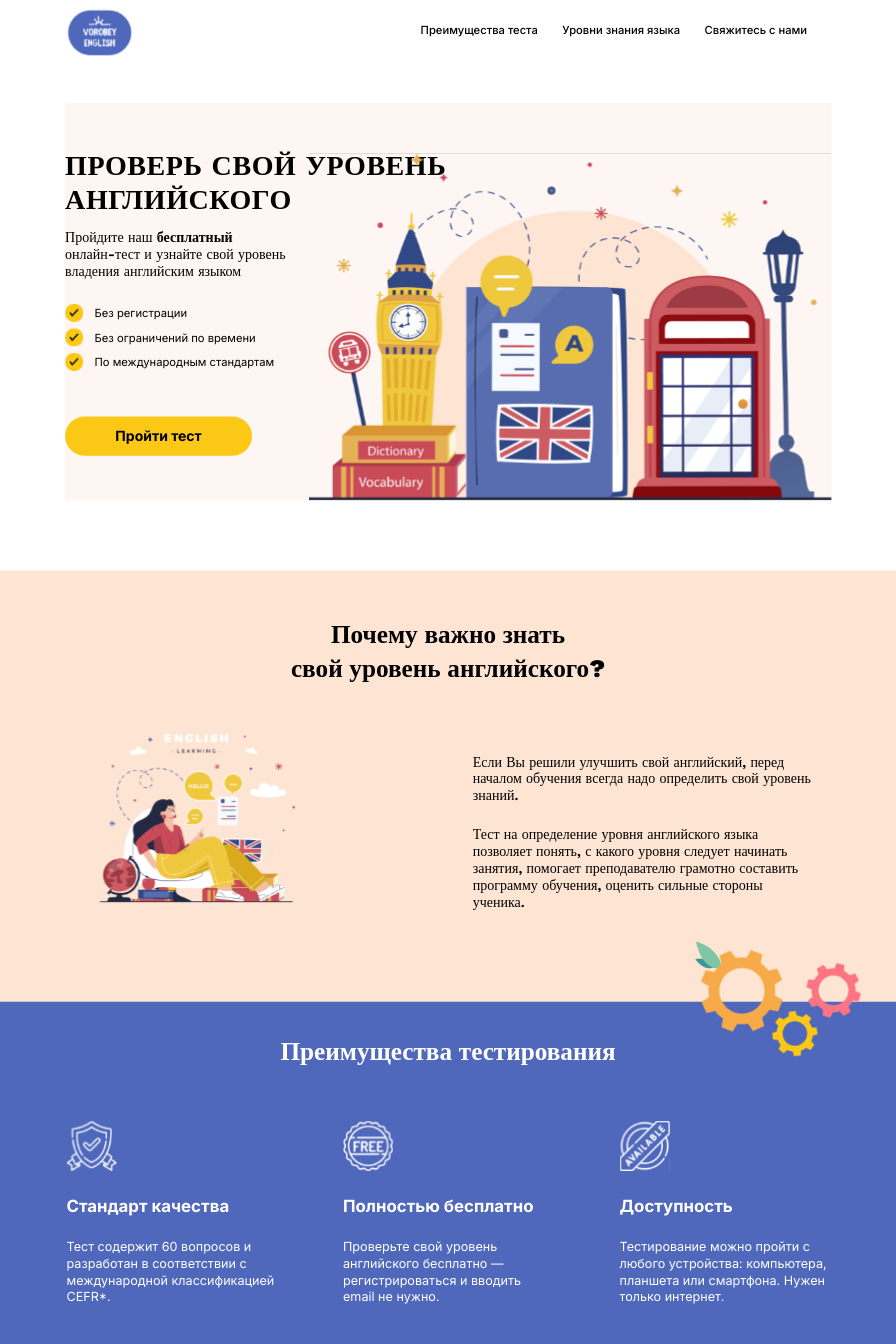
Repository: WladimirVA/PP-01-01_Dandelions
Page: Index.html
The author's editor kept a copy of each file at every save. The page is drawn from the files as they stood at one save, then again after the next save.
The browser window is 1280 px wide. The pictures show the part of the page from y = 0 to 1920 px (the page is 3924 px tall), at 70% of full size.
The pointer rests on the first visible `.button_home`.

Above is the page before, as saved 2023-01-30 17:32:38.

### Index.html
<!DOCTYPE html>
<html lang="ru">
<head>
    <meta charset="UTF-8">
    <meta http-equiv="X-UA-Compatible" content="IE=edge">
    <meta name="viewport" content="width=device-width, initial-scale=1.0">
    <link href="./static/css/style.css" rel="stylesheet" type="text/css">
    <link href="./static/css/fonts.css" rel="stylesheet" type="text/css">
    <link rel="icon" sizes="16x16" href="./static/img/Иконка _Лого_ (1_1).svg" type="image/x-icon">
    <title>Dandelions</title>
</head>
<body>
    <!-- <script src="./js/scrollButton.js"></script> -->
    <header class="header" di="HOME">
        <div class="section">
            <div class="section-header">
                <div class="logo">
                    <img src="./static/img/Иконка _Лого_ (1).svg">
                </div>
                <nav>
                    <ul class="header-nav">
                        <li><a class="link" href="#ADVAN_TEST">Преимущества теста</a></li>
                        <li><a class="link" href="#LANGUAGE_LEVELS">Уровни знания языка</a></li>
                        <li><a class="link" href="#FOOTER">Свяжитесь с нами</a></li>
                    </ul>
                </nav>
            </div>
        </div>
    </header>
    <main>
        <section class="HOME">
        <div class="section">
            <div class="content">
                <h1 class="title">
                    проверь свой уровень <br>английского
                </h1>
                <div class="section-home">

                    <div class="title-home">

                        <p class="home_p">
                            Пройдите наш <span  style="font-weight:900"> бесплатный <br></span> онлайн-тест и узнайте свой уровень <br>владения английским языком
                        </p>
                        <ul class="home_ul">
                            <li class="home_li"><img class="check" src="./static/img/Иконка _Галочка_ 3.svg">Без регистрации</li>
                            <li class="home_li"><img class="check" src="./static/img/Иконка _Галочка_ 3.svg">Без ограничений по времени</li>
                            <li class="home_li"><img class="check" src="./static/img/Иконка _Галочка_ 3.svg">По международным стандартам</li>
                        </ul>
                        <div class="buttonsHome">
                            <form action="./name.html">
                                <button class="button_home">Пройти тест</button>
                            </form>
                        </div>
                    </div>
                    <div class="image-home">
                        <img src="./static/img/иллюстр 6 (1).svg">
                    </div>
                </div>
            </div>

        </div>
        </section>
        <section class="WHY-TEST">
            <div class="section">
                <div class="">
                    <div class="section-home-1">
                        <h1 class="title_2">Почему важно знать<br>свой уровень английского?</h1>
                        <div class="section-home-2">
                            <div class="image-home-2">
                                <img src="./static/img/иллюстр 2 1.svg">
                            </div>
                            <div class="home_p home-text">
                                <p>Если Вы решили улучшить свой английский, перед началом обучения всегда надо определить свой уровень знаний.</p>
                                <p class="p-text">Тест на определение уровня английского языка позволяет понять, с какого уровня следует начинать занятия, помогает преподавателю грамотно составить программу обучения, оценить сильные стороны ученика.</p>
                            </div>
                        </div>
                    </div>
                </div>
            </div>
        </section>
        <section class="ADVAN_TEST" id="ADVAN_TEST">
            <div class="section">
                <div class="content">
                    <div class="content_img">
                        <img class="rot-sheet" src="./static/img/shestirenki/Vector (3).png">
                        <img class="rot-sheet-1" src="./static/img/shestirenki/Vector (4).png">
                        <img class="rot rot-img1" src="./static/img/shestirenki/Vector (5).svg">
                        <img class="rot1 rot-img2" src="./static/img/shestirenki/Vector (7).svg">
                        <img class="rot rot-img3" src="./static/img/shestirenki/Vector (6).svg">
                    </div>
                    <div class="text_test">
                        <h1 class="title_3">Преимущества тестирования</h1>
                    </div>
                    <div class="content-ADVAN_TEST">
                        <div class="quality test-info">
                            <img src="./static/img/Mask group 1.svg">
                            <h3 class="advan-test">Стандарт качества</h3>
                            <p class="advan-test-p">Тест содержит 60 вопросов и разработан в соответствии с международной классификацией CEFR*. </p>
                        </div>
                        <div class="free test-info">
                            <img src="./static/img/Mask group2 1.svg">
                            <h3 class="advan-test">Полностью бесплатно</h3>
                            <p class="advan-test-p">Проверьте свой уровень английского бесплатно — регистрироваться и вводить email не нужно.</p>
                        </div>
                        <div class="availability test-info">
                            <img src="./static/img/Mask group1 1.svg">
                            <h3 class="advan-test">Доступность</h3>
                            <p class="advan-test-p">Тестирование можно пройти с любого устройства: компьютера, планшета или смартфона. Нужен только интернет.</p>
                        </div>
                    </div>
                    <p class="advan-test-p advan-test-p-2">*Общеевропейские компетенции владения иностранным языком (CEFR) – признанный во всём мире стандарт для описания уровней владения иностранным языком. </p>
                </div>
            </div>
        </section>
        <section class="LANGUAGE_LEVELS" id="LANGUAGE_LEVELS">
            <div class="section">
                <div class="content">
                    <div class="text_test">
                        <h1 class="title_3">Уровни знания языка по Европейской системе</h1>
                        <img src="./static/img/иллюстр 1 1.svg">
                    </div>
                    <div class="container">
                        <div class="box-1 container-box">
                            <img class="cloud" src="./static/img/Vector 5.svg">
                            <h3>А1</h3>
                            <p class="container-box-p">Elementary</p>
                            <p class="container-box-p2">Элементарный, базовый уровень знания английского языка. Чтение и перевод со словарём. Словарный запас<span  style="font-weight:900"> менее 1500</span> слов.</p>
                            <img class="ball" src="./static/img/иллюстр 3 1.svg">
                        </div>
                        <div class="box-1 container-box">
                            <img class="cloud" src="./static/img/Vector 1 1.png">
                            <h3>А2</h3>
                            <p class="container-box-p">Pre-intermediate</p>
                            <p class="container-box-p2">Ниже среднего, начальный средний, слабый средний. Вы можете общаться на бытовые темы, описывать простыми словами аспекты своей жизни. Словарный запас<span  style="font-weight:900"> 1500-2000</span> слов.</p>
                        </div>
                        <div class="box-1 container-box">
                            <img class="cloud" src="./static/img/Vector 5.svg">
                            <h3>B1</h3>
                            <p class="container-box-p">Intermediate</p>
                            <p class="container-box-p2">Средний уровень владения английским языком, разговорный английский. Вы можете создавать простой связный текст на знакомые или представляющие личный интерес темы. Словарный запас<span  style="font-weight:900"> 2000-3000</span> слов.</p>
                        </div>
                        <div class="box-1 container-box">
                            <img class="cloud" src="./static/img/Vector 1 1.png">
                            <h3>B2</h3>
                            <p class="container-box-p">Upper Intermediate</p>
                            <p class="container-box-p2">Средне-продвинутый уровень английского. Вы владеете разговорным языком в различных ситуациях (от бытовых до профессиональных), можете без подготовки общаться с носителем языка. Словарный запас <span  style="font-weight:900">3000-4000</span> слов.</p>
                            <img class="ball-2" src="./static/img/иллюстр 5 1.svg">
                        </div>
                        <div class="box-1 container-box">
                            <img class="cloud" src="./static/img/Vector 5.svg">
                            <h3>C1</h3>
                            <p class="container-box-p">Advanced</p>
                            <p class="container-box-p2">Продвинутый уровень. Свободное владение. Вы понимаете разнообразные сложные развернутые тексты и можете выявить содержащиеся в них имплицитные значения, умеете без подготовки, бегло, не испытывая трудности в подборе слов, выражать свои мысли. Словарный запас <span  style="font-weight:900">4000-5000</span> слов.</p>
                            <img class="ball-3" src="./static/img/иллюстр 4 1.svg">
                        </div>
                        <div class="box-1 container-box">
                            <img class="cloud" src="./static/img/Vector 1 1.png">
                            <h3>C2</h3>
                            <p class="container-box-p">Proficiency</p>
                            <p class="container-box-p2">Профессиональный уровень. Вы с легкостью понимаете практически все, что слышите или читаете. Вы можете выражаться спонтанно, очень бегло и точно, различая тончайшие оттенки смысла даже в самых сложных ситуациях. Словарный запас <span  style="font-weight:900">более 4500</span> слов.</p>
                        </div>
                      </div>
                </div>
            </div>
        </section>
        <section class="TEST">
            <div class="section">
                <div class="content">
                    <div class="test-now">
                        <div class="test-now-text">
                            <h1 class="title_3">Протестируйте свой английский<br> прямо сейчас</h1>
                            <form href="" action="./name.html">
                                <button class="button test_button">Пройти тест</button>
                            </form>
                            <!-- <button class="button test_button" type="submit">Пройти тест</button> -->
                        </div>
                        <div class="test-now-img">
                            <img src="./static/img/Group 78 1 (1).svg">
                        </div>
                    </div>
                </div>
            </div>
        </section>
    </main>
    <footer class="FOOTER" id="FOOTER">
        <div class="section">
            <div class="section-footer">
                <div class="footer-logo">
                    <img src="./static/img/Vector (3).svg">
                    <p class="footer-logo-p">© Vorobey English 2023</p>
                    <p class="footer-logo-p2">Все права защищены</p>
                </div>
                <div class="footer-navi">
                    <nav>
                        <ul class="footer-nav">
                            <li><a class="footer-link" href="#ADVAN_TEST">Преимущества теста</a></li>
                            <li><a class="footer-link" href="#LANGUAGE_LEVELS">Уровни знания языка</a></li>
                            <li><a class="footer-link" href="#FOOTER">Свяжитесь с нами</a></li>
                        </ul>
                    </nav>
                    <p><a class="footer-link" href="mailto:englishtest@yandex.ru">englishtest@yandex.ru</a></p>
                </div>

            </div>
        </div>
    </footer>
</body>
<!-- <script>
const goTopBtn = document.querySelector(".button");

goTopBtn.addEventListener("click", goTop);

function goTop() {

  if (window.pageYOffset > 0) {
    window.scrollBy(0, -10); // второй аргумент - скорость
    setTimeout(goTop, 0); // входим в рекурсию
  }
}

$(function() {

});
</script> -->
</html>

### static/css/style.css
body {
    scroll-behavior: smooth;
    align-items: center;
    width: 100%;
    max-width: 1366px;
    margin: auto;
    font-family: 'Inter', 'Work Sans', "NunitoSans-Light", Arial, Helvetica, sans-serif;
}

.section {
    margin: 0 auto;
    max-width: 1366px;
}

* {
    margin: 0;
    padding: 0;
}
.header {
    margin-left: 59px;
    margin-right: 92px;
}
.section-header {
    justify-content: space-between;
    height: 83px;
    width: 100%;
    display: flex;
    align-items: center;
}
.logo {
    width: 84px;
    height: auto;
}
.header-nav {
    display: flex;
    list-style-type: none;
}
.link {
    text-decoration: none;
    /* cursor: pointer; */
    font-family: 'Inter';
    font-weight: 500;
    font-size: 16px;
    line-height: 19px;
    color: #000000;
}
.header-nav li {
    margin-right: 35px;
}

.HOME {
    margin-top: 64px;
    margin-left: 93px;
    margin-right: 92px;
    background-color: #FEF6F3;
}
.section-home {
    align-items: center;
    display: flex;
    justify-content: space-between;
    margin-top: -90px;
}


.title {
    font-family: 'Work Sans';
    font-style: normal;
    font-weight: 600;
    font-size: 40px;
    line-height: 48px;
    display: flex;
    align-items: center;
    letter-spacing: 0.02em;
    text-transform: uppercase;
}
.home_p {
    font-family: 'Work Sans';
    font-style: normal;
    font-weight: 400;
    font-size: 20px;
    line-height: 24px;
    margin-top: 43px;
}

.home_ul {
    margin-top: 35px;
}
.home_li {
    list-style-type: none;
    margin-top: 12px;
    font-family: 'Inter';
    font-style: normal;
    font-weight: 400;
    font-size: 16px;
    line-height: 20px;
}

.check {
    margin-bottom: -7px;
    margin-right: 16px;
}

.buttonsHome {
    margin-top: 68px;
}
.button_home {
    background: #FBC815;
    border-radius: 50px;
    width: 267px;
    height: 56px;
    font-family: 'Inter';
    font-style: normal;
    font-weight: 700;
    font-size: 20px;
    line-height: 24px;
    border: 0;
    cursor: pointer;
}

.image-home {
    max-width: 747px;
    max-height: 496px;
}

.title_2 {
    display: block;
    margin-top: 100px;
    padding-top: 68px;
    text-transform: none;
    font-family: 'Work Sans';
    font-style: normal;
    font-weight: 800;
    font-size: 36px;
    line-height: 48px;
    align-items: center;
    text-align: center;
}

.WHY-TEST {
    background-color: #FDE4D3;
    Height: 616px;
}

.section-home-2 {
    align-items: center;
    display: flex;
    justify-content: space-around;
    margin-top: 20px;
}

.home-text {
    width: 490px;
}

.p-text {
    margin-top: 32px;
}

.ADVAN_TEST {
    background: #4F68BB;
    color: white;
    height: 712px;
    padding-top: 63px;
    /* margin-top: 120px; */
}

.content_img {
    margin-top: -215px;
    text-align: end;
    margin-right: 50px;
}

.rot-sheet {
    margin: 0 -34px 90px 0px;
}

.rot-sheet-1 {
    margin: 0 -35px 90px 0px;
}

.rot-img1 {
    width: 117px;
    margin-top: 11px;
    margin-right: -20px;
}

.rot-img2 {
    width: 65px;
    margin-bottom: -35px;
}

.rot-img3 {
    width: 78px;
    margin-bottom: 20px;
    margin-left: -20px;
}

img.rot {
    animation: 1s linear 0s normal none infinite running rot;
    -webkit-animation: 4s linear 0s normal none infinite running rot;
    /* width: 100px; */
  }
  @keyframes rot {
    0% {
      transform: rotate(0deg);
    }
    100% {
      transform: rotate(360deg);
    }
  }
  @-webkit-keyframes rot {
    0% {
      transform: rotate(0deg);
    }
    100% {
      transform: rotate(360deg);
    }
  }

  img.rot1 {
    animation: 1s linear 0s normal none infinite running rot1;
    -webkit-animation: 4s linear 0s normal none infinite running rot1;
    /* width: 100px; */
  }
  @keyframes rot1 {
    0% {
      transform: rotate(360deg);
    }
    100% {
      transform: rotate(0deg);
    }
  }
  @-webkit-keyframes rot1 {
    0% {
      transform: rotate(0deg);
    }
    100% {
      transform: rotate(360deg);
    }
  }


.content-ADVAN_TEST {
    display: flex;
    justify-content: space-evenly;
    margin-top: 75px;
}

.test-info {
   width: 300px;
}



.title_3 {
    display: block;
    text-transform: none;
    font-family: 'Work Sans';
    font-style: normal;
    font-weight: 800;
    font-size: 36px;
    line-height: 48px;
    align-items: center;
    text-align: center;
}

.advan-test {
    margin: 30px 0 30px 0;
    font-style: normal;
    font-weight: 700;
    font-size: 24px;
    line-height: 32px;
}

.advan-test-p {
    font-style: normal;
    font-weight: 400;
    font-size: 18px;
    line-height: 24px;
}

.advan-test-p-2 {
    margin: 65px 0 0 115px;
    max-width: 1117px;
}

.container {
    display: grid;
    grid-template-columns: repeat(3, 295px);
    justify-items: stretch;
    justify-content: space-around;;
    grid-template-rows: 100px 100px 100px;
    row-gap:  280px;
    margin-top: -30px;
}

.text_test img {
    margin-left: 700px;
}

.container-box h3 {
    font-style: normal;
    font-weight: 700;
    font-size: 32px;
    line-height: 36px;
}

.container-box-p {
    font-style: normal;
    font-weight: 700;
    font-size: 24px;
    line-height: 32px;
    margin: 60px 0 15px 0;
}

.container-box-p2 {
    font-style: normal;
    font-weight: 400;
    font-size: 16px;
    line-height: 24px;
}

.LANGUAGE_LEVELS {
    background-color:  #FEF6F3;
}

.content {
    padding-top: 66px;
}

.container-box {
    position: relative;
}

.box-1 h3 {
    position: absolute;
}

.cloud {
    margin: -11px 0 0 -80px;
    position: absolute;
}

.ball {
    display: block;
    position: inherit;
    margin-left:195px;
    margin-top: 30px;
}

.ball-2 {
    margin-left: 180px;
}

.ball-3 {
    display: block;
    margin-left: 335px;
    margin-top: -199px;
}

.button {
    text-align: center;
    background: #F03F5A;
    cursor: pointer;
    border-radius: 30px;
    border: 0;
}

.TEST {
    background-color: #FBCDA6;
    height: 352px;
}

.test_button {
    margin-top: 30px;
    width: 267px;
    height: 56px;
    font-family: 'Inter';
    font-style: normal;
    font-weight: 700;
    font-size: 20px;
    line-height: 24px;
    }

.test-now {
    display: flex;
    justify-content: space-between;
    margin-left: 89px;
}

.test-now-text {
    text-align: center;
    margin-top: 15px;
}

.test-now-img {
    margin-top: -159px;
}

.FOOTER {
    background: #4F68BB;
    height: 232px;
    color: #C9C9C9;
}

.footer-logo-p {
    margin-top: -65px;
    margin-left: 74px;
}

.footer-logo-p2 {
    margin-top: 16px;
    margin-left: 74px;
}


.section-footer {
    display: flex;
    justify-content: space-between;
    align-items: center;
    max-width: 1200px;
}

.footer-logo {
    margin-top: -37px;
}

.footer-logo img {
    margin-top: -20px;
}

.footer-navi {
    margin-top: 34px;
}

.footer-nav {
    display: grid;
    list-style-type: none;
    line-height: 2.5;
}

.footer-link {
    text-decoration: none;
    font-family: 'Inter';
    font-weight: 500;
    font-size: 16px;
    line-height: 19px;
    color: #C9C9C9;
    list-style-type: none;
}

### static/css/fonts.css
@import url('https://fonts.googleapis.com/css2?family=Work+Sans:ital,wght@0,600;0,800;1,800&display=swap');


@import url('https://fonts.googleapis.com/css2?family=Inter:wght@400;500;600;700;800&family=Work+Sans:ital,wght@0,600;0,800;1,800&display=swap');

After the next save:
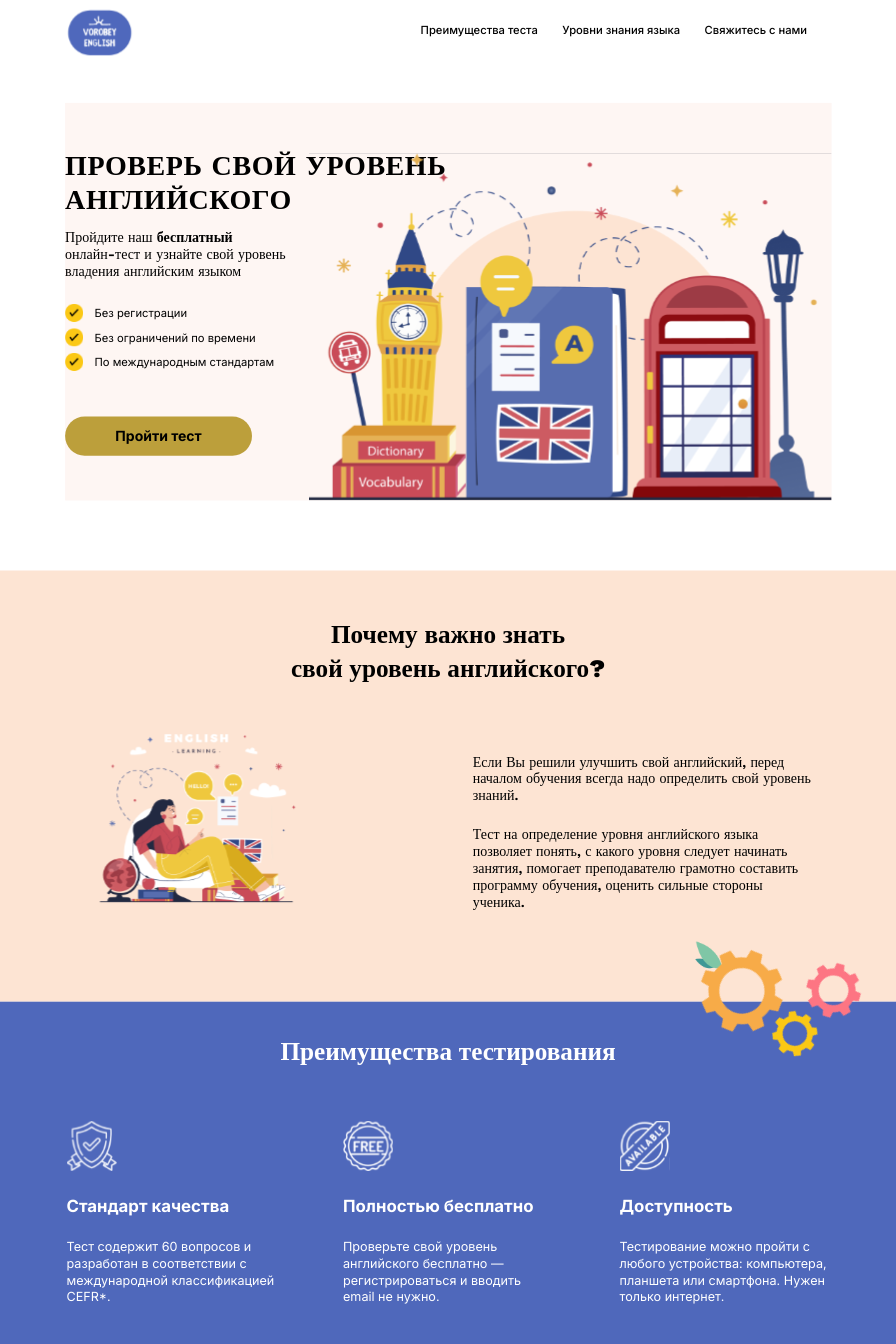
Saved 14 min 24 s later.
--- a/static/css/style.css
+++ b/static/css/style.css
@@ -117,6 +117,10 @@ body {
     cursor: pointer;
 }
 
+.button_home:hover {
+    background-color: #BC9F3B;
+}
+
 .image-home {
     max-width: 747px;
     max-height: 496px;
